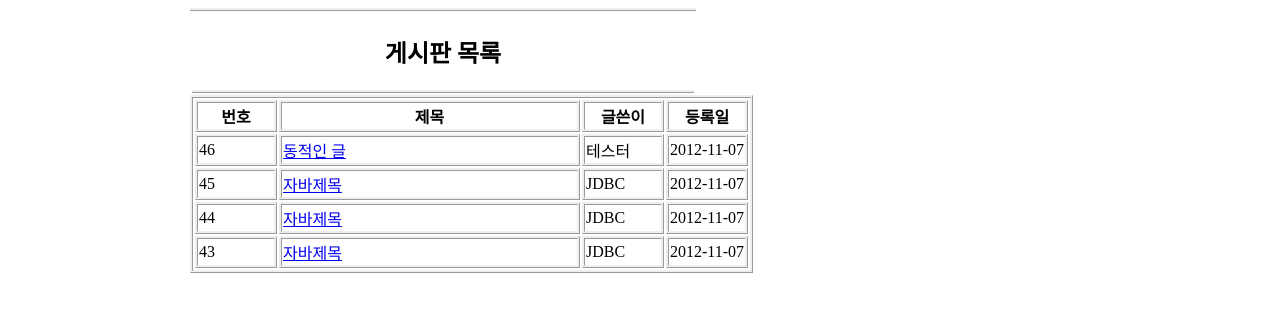
Repository: Jooheehan-kopo/web-workspace
Page: Lecture-web/WebContent/css/calc.html
The author's editor kept a copy of each file at every save. The page is drawn from the files as they stood at one save, then again after the next save.
The browser window is 1280 px wide. The pictures show the whole page.

Above is the page before, as saved 2021-06-11 05:43:34.

### Lecture-web/WebContent/css/calc.html
<!DOCTYPE html>
<html>
<head>
<meta charset="UTF-8">
<title>Insert title here</title>
<style>
	body{
		width:900px;
		margin-left: auto;
		margin-right: auto;

	}
	h2{
	width:500PX;
		margin-left: auto;
		margin-right: auto;
	}

	table,th,td {
	border:3px;
	border-style: ridge;

	}
	#title{
		border-left: none;
		border-bottom:none;
		border-right: none;
	}
	.th01{
		width:15%;
	}
	.th02{
		width:55%;
	}
	.th03{
		width:15%;
	}
	.th04{
		width:15%;
	}
	.th{
		border-left: none;
		border-top: none;
		border-right: none;
	}


</style>

</head>
<body>

	<table id="title" >
	<tr>
	<th class="th" colspan="4">
		<h2>게시판 목록</h2>
	</th>
	</tr>
	</table>
	<table>
	<tr>
		<th class="th01">번호</th>
		<th class="th02">제목</th>
		<th class="th03">글쓴이</th>
		<th class="th04">등록일</th>
	</tr>

	<tr>
	 <td>46</td>
	 <td><a href="detailBoard.html">동적인 글 </a></td>
	 <td>테스터</td>
	 <td>2012-11-07</td>
	 </tr>

	<tr>
	 <td>45</td>
	 <td><a href="detailBoard.html">자바제목 </a></td>
	 <td>JDBC</td>
	 <td>2012-11-07</td>
	 </tr>

	 <tr>
	 <td>44</td>
	 <td><a href="detailBoard.html">자바제목 </a></td>
	 <td>JDBC</td>
	 <td>2012-11-07</td>
	 </tr>

	 <tr>
	 <td>43</td>
	 <td><a href="detailBoard.html">자바제목 </a></td>
	 <td>JDBC</td>
	 <td>2012-11-07</td>
	 </tr>

	</table>


</body>
</html>

After the next save:
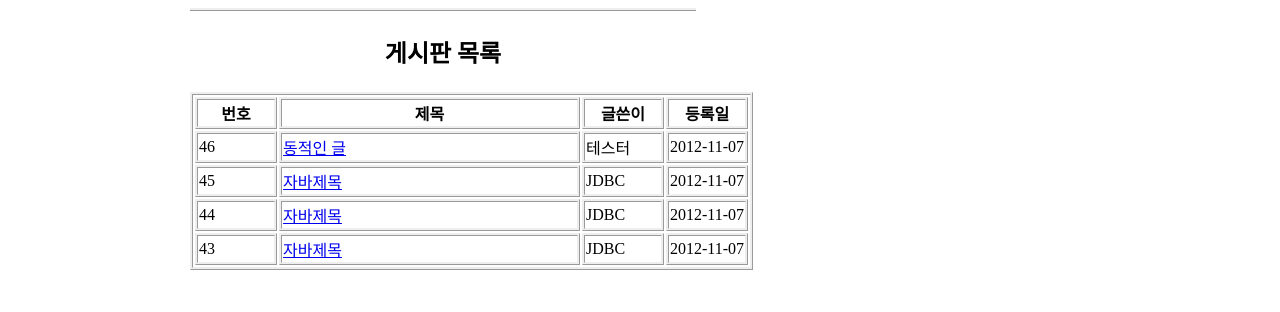
Saved 50 s later.
--- a/Lecture-web/WebContent/css/calc.html
+++ b/Lecture-web/WebContent/css/calc.html
@@ -39,6 +39,7 @@
 		width:15%;
 	}
 	.th{
+		border:3px;
 		border-left: none;
 		border-top: none;
 		border-right: none;

After the save that followed:
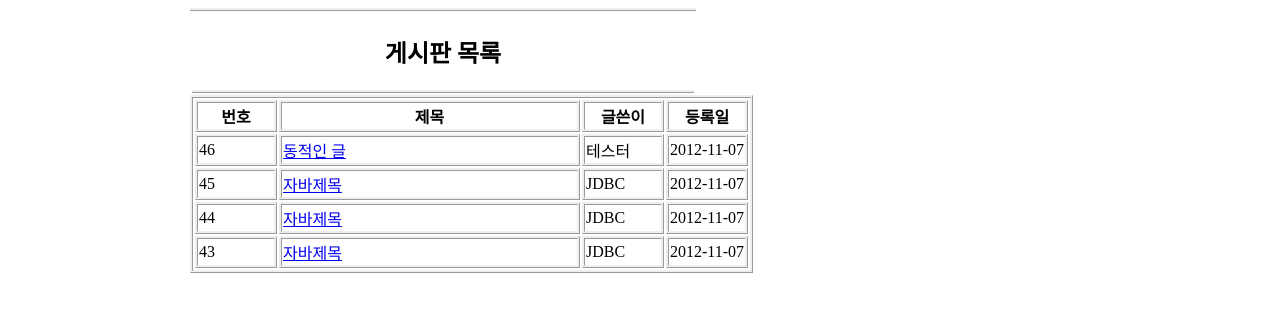
Saved 9 s later.
--- a/Lecture-web/WebContent/css/calc.html
+++ b/Lecture-web/WebContent/css/calc.html
@@ -39,7 +39,7 @@
 		width:15%;
 	}
 	.th{
-		border:3px;
+
 		border-left: none;
 		border-top: none;
 		border-right: none;
